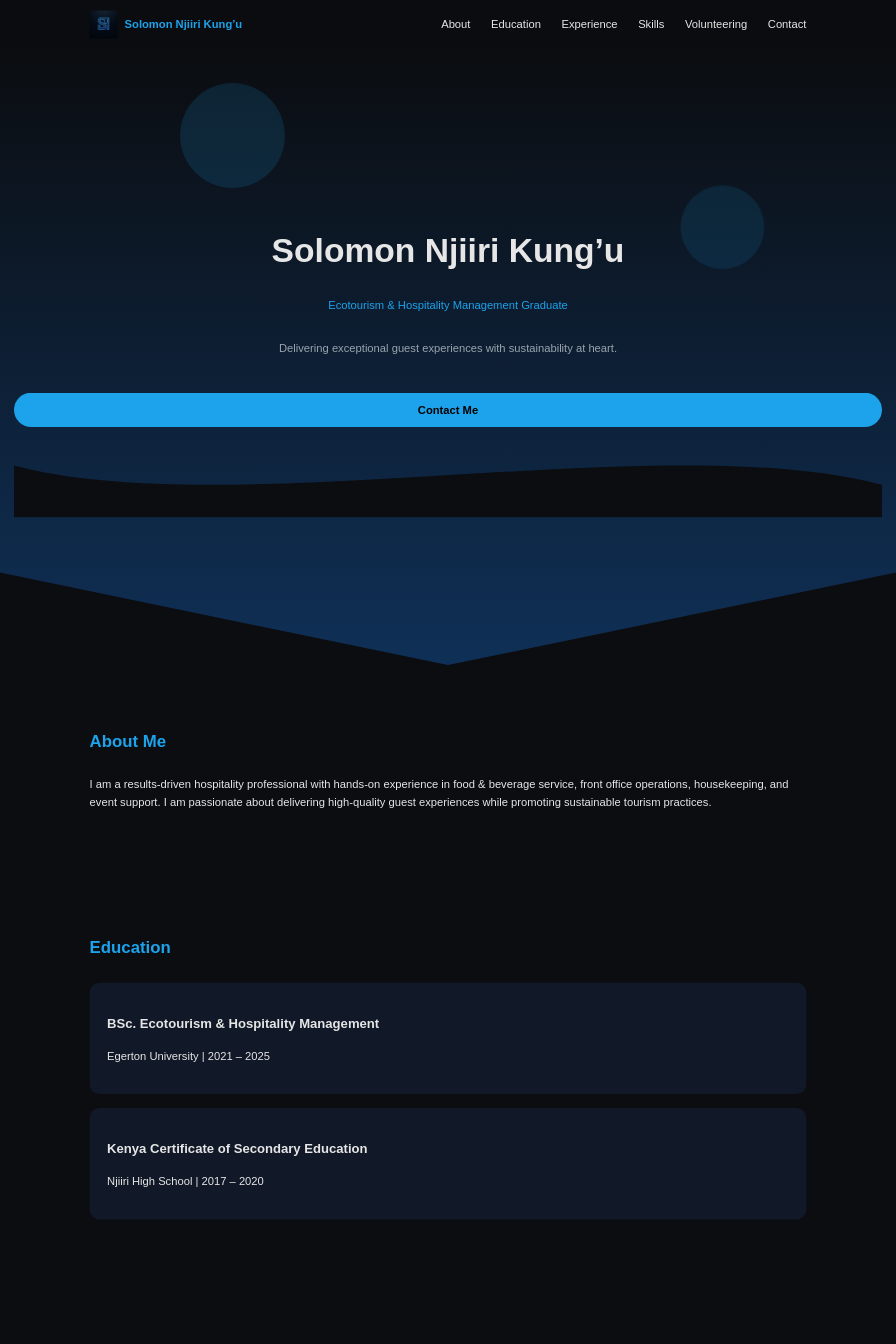
Repository: ladygit-comits/Solomon_Portfolio
Page: index.html
The author's editor kept a copy of each file at every save. The page is drawn from the files as they stood at one save, then again after the next save.
The browser window is 1280 px wide. The pictures show the part of the page from y = 0 to 1920 px (the page is 4438 px tall), at 70% of full size.

Above is the page before, as saved 2025-12-31 13:48:12.

After the next save:
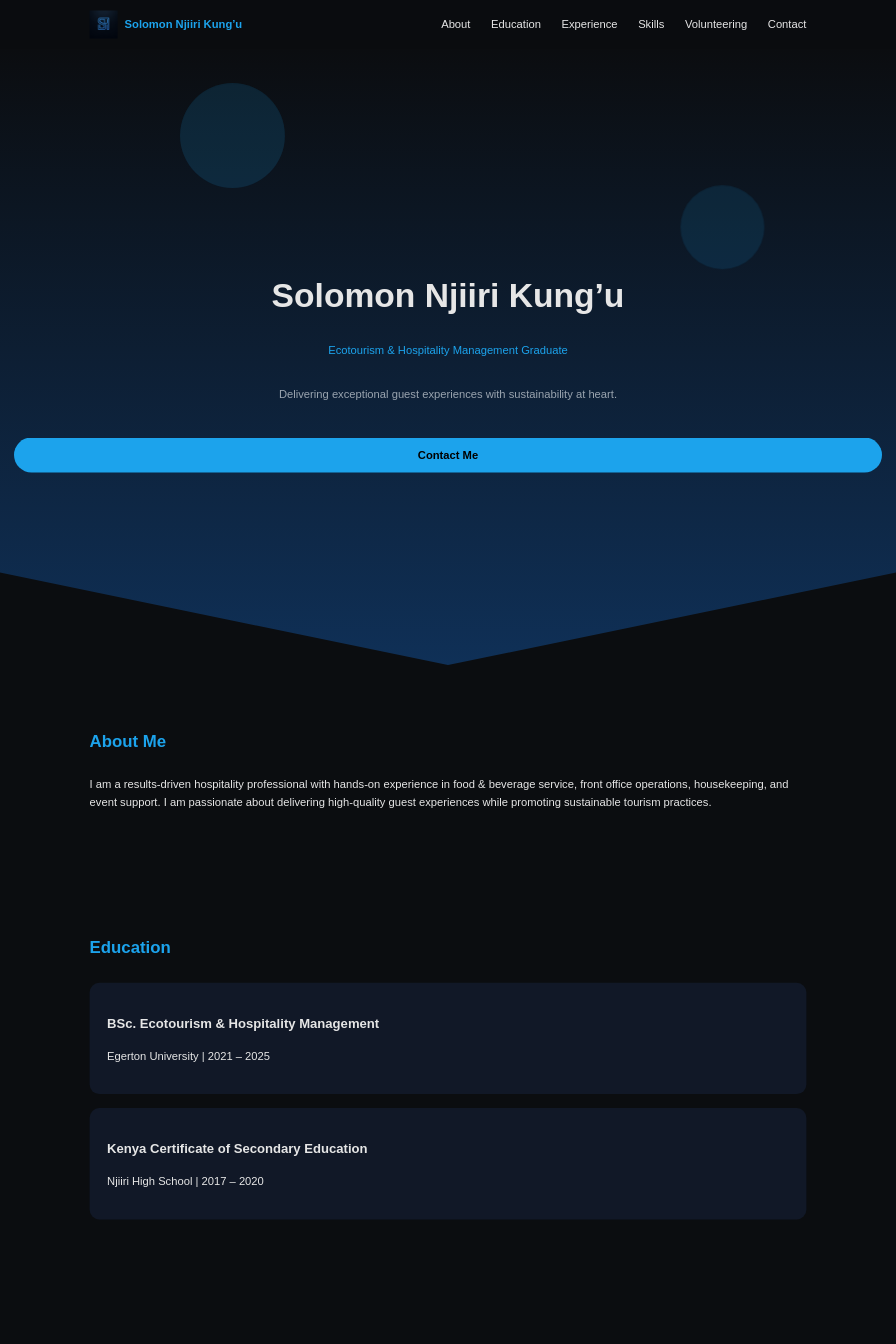
Saved 3 s later.
--- a/index.html
+++ b/index.html
@@ -24,20 +24,15 @@
   </nav>
 </header>
 
- <section class="hero">
-  <h1>Solomon Njiiri Kung’u</h1>
-  <p class="subtitle">Ecotourism & Hospitality Management Graduate</p>
-  <p class="tagline">
-    Delivering exceptional guest experiences with sustainability at heart.
-  </p>
-  <a href="#contact" class="btn">Contact Me</a>
-
-  <!-- SVG Wave at the bottom -->
-  <svg class="hero-wave" viewBox="0 0 1440 150" xmlns="http://www.w3.org/2000/svg">
-    <path fill="#0B0D10" d="M0,64 C360,160 1080,0 1440,96 L1440,150 L0,150 Z"></path>
-  </svg>
-</section>
-
+  <!-- HERO -->
+  <section class="hero">
+    <h1>Solomon Njiiri Kung’u</h1>
+    <p class="subtitle">Ecotourism & Hospitality Management Graduate</p>
+    <p class="tagline">
+      Delivering exceptional guest experiences with sustainability at heart.
+    </p>
+    <a href="#contact" class="btn">Contact Me</a>
+  </section>
 
   <!-- ABOUT -->
   <section id="about" class="section">
